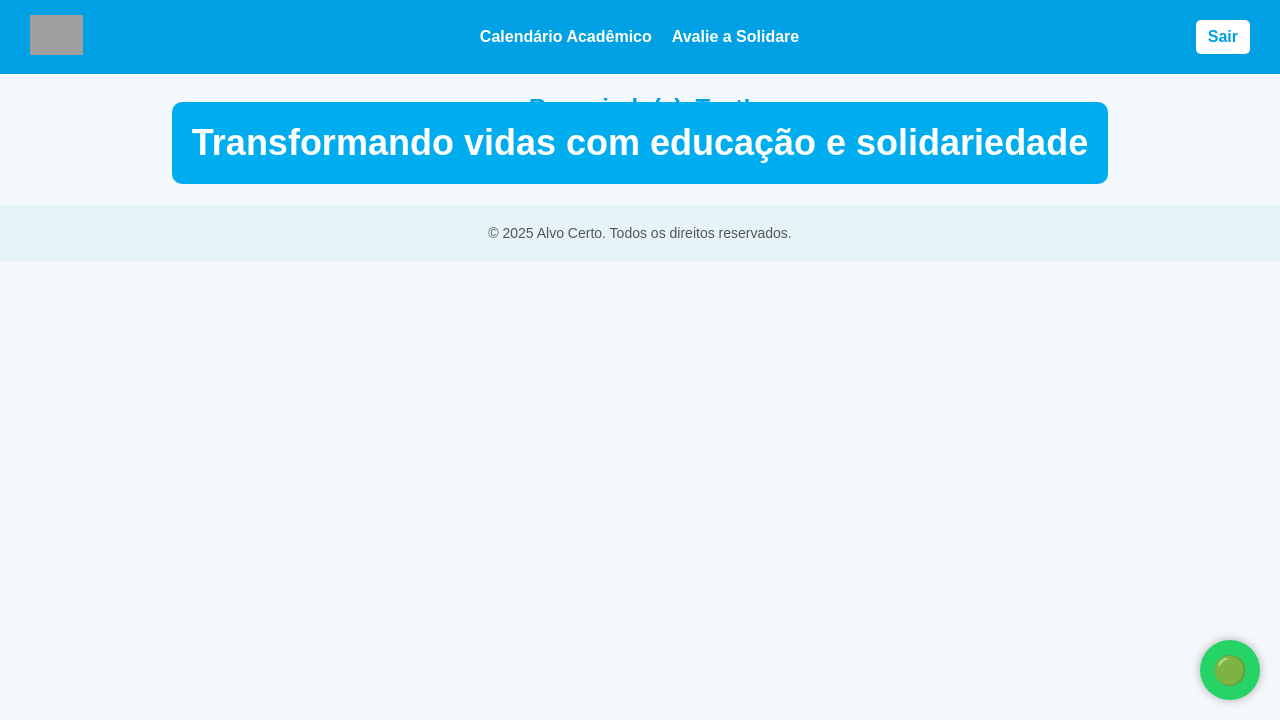
Repository: Guilherme-burle/Portal-do-Aluno-P2
Page: http://localhost/
An editor plug-in stored every save of this project. The page is shown before and after the next save, followed by the edit.
The browser window is 1280 px wide. The pictures show the whole page.
Pictures or frames that could not be fetched are drawn as grey boxes. The page is served by the project's application, run on Django 5.2 (PortaldoAluno/manage.py). A made-up administrator, testuser (Test User, test@example.com), is signed in.

Above is the page before, as saved 2025-05-16 16:50:48.

After the next save:
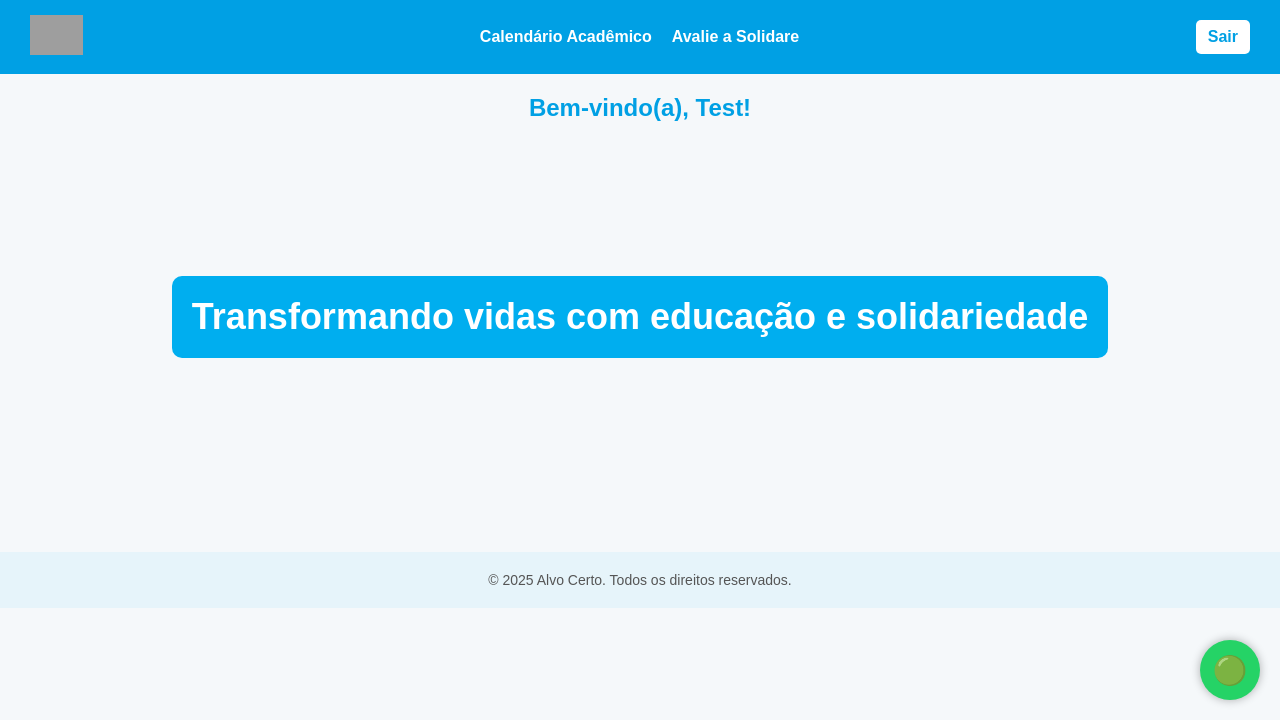
Saved 4 s later.
--- a/PortaldoAluno/Aplicativo/templates/home.html
+++ b/PortaldoAluno/Aplicativo/templates/home.html
@@ -70,7 +70,7 @@
     .banner {
       background-size: cover;
       background-position: center;
-      height: 3px;
+      height: 350px;
       display: flex;
       align-items: center;
       justify-content: center;
